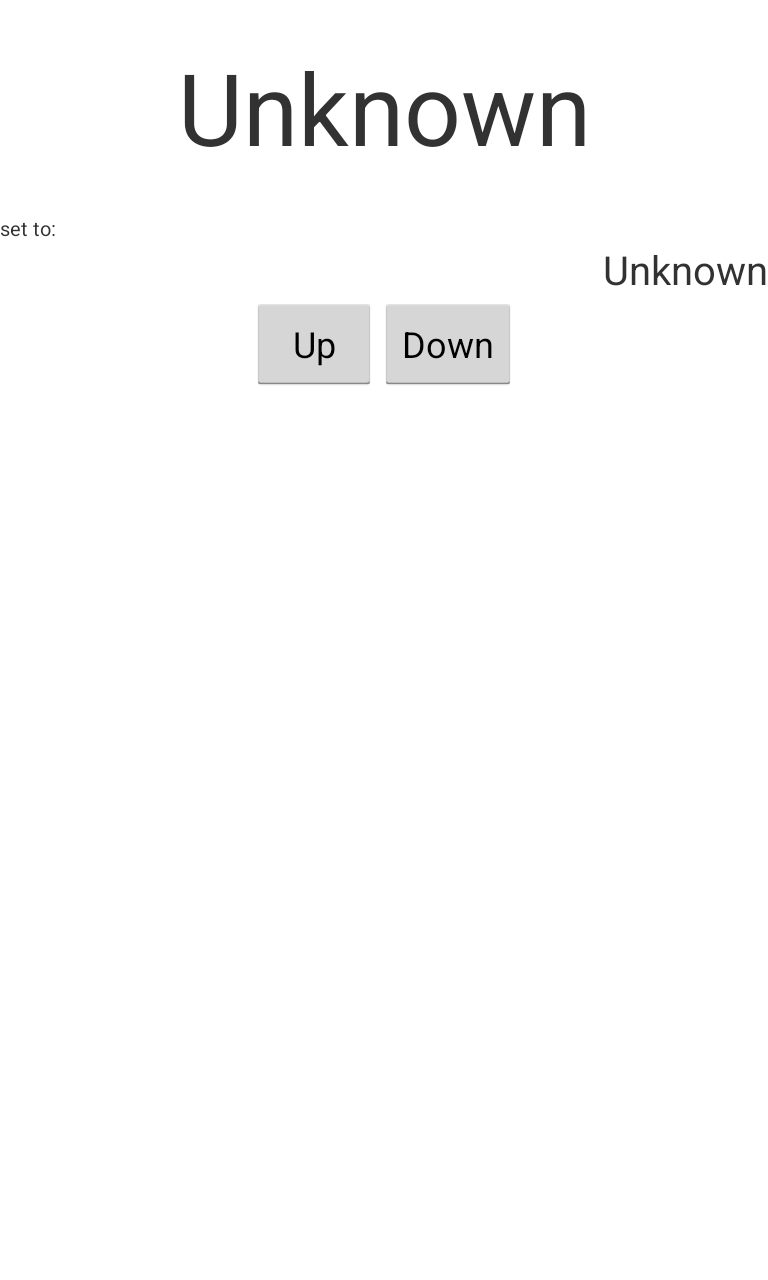
Repository: finerrecliner/SmartVent
Layout: SmartVent/res/layout/activity_room.xml
An editor plug-in stored every save of this project. The layout is shown before and after the next save, followed by the edit.
It is drawn on a 768 x 1280 px phone screen (xhdpi) without system bars, with theme AppTheme; the app's code is not run.

Above is the layout before, as saved 2013-11-03 16:34:34.

After the next save:
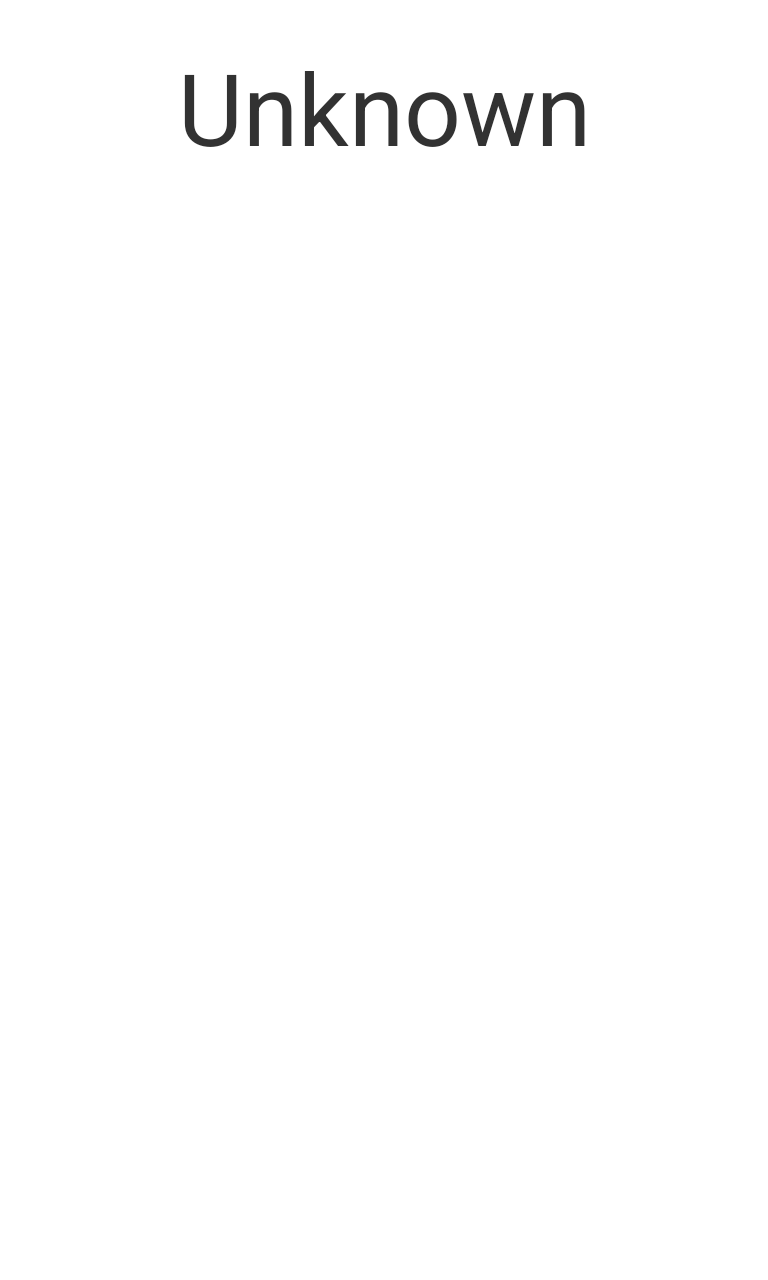
Saved 19 s later.
--- a/SmartVent/res/layout/activity_room.xml
+++ b/SmartVent/res/layout/activity_room.xml
@@ -6,10 +6,6 @@
     android:orientation="vertical"
     tools:context=".RoomActivity" >
 
-    <LinearLayout
-        android:id="@+id/current_temp_row"
-        android:layout_width="match_parent"
-        android:layout_height="wrap_content" >
 
         <TextView
             android:id="@+id/current_temp_val"

After the save that followed:
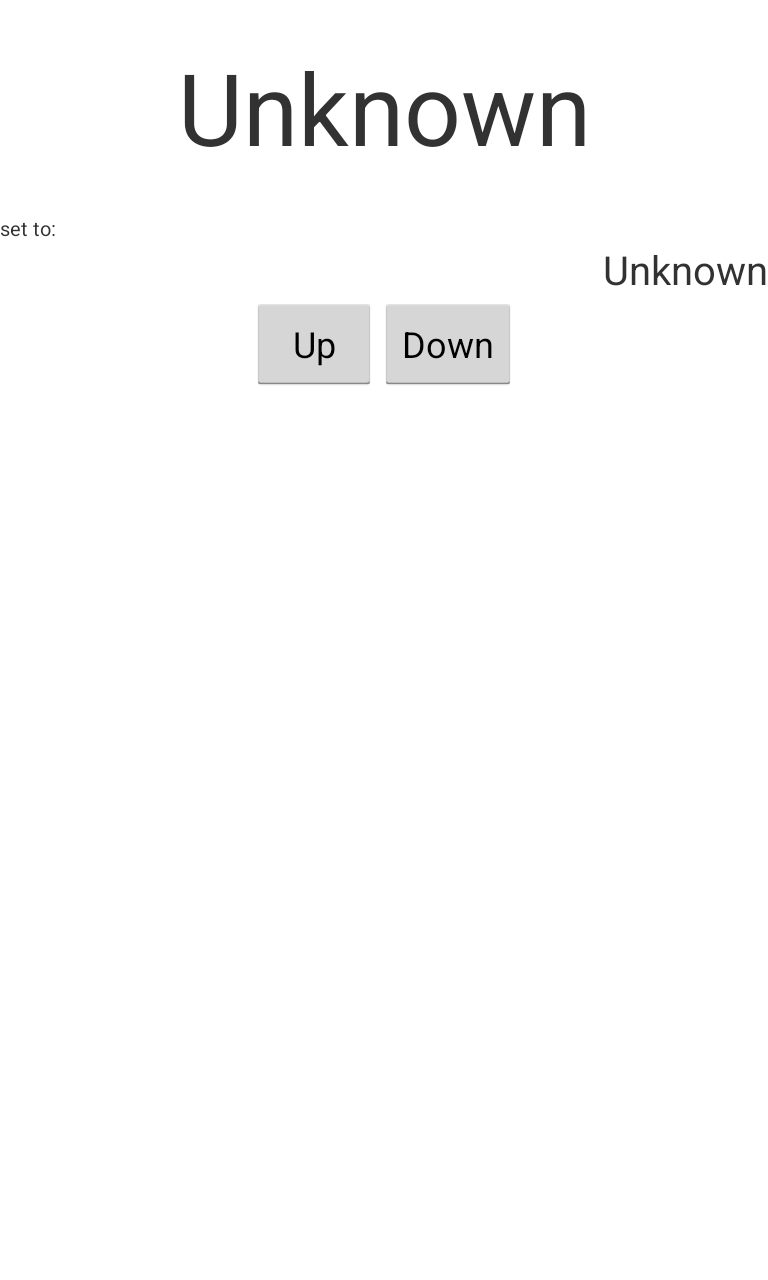
Saved 19 s later.
--- a/SmartVent/res/layout/activity_room.xml
+++ b/SmartVent/res/layout/activity_room.xml
@@ -6,20 +6,17 @@
     android:orientation="vertical"
     tools:context=".RoomActivity" >
 
+    <TextView
+        android:id="@+id/current_temp_val"
+        android:layout_width="fill_parent"
+        android:layout_height="wrap_content"
+        android:gravity="center"
+        android:paddingBottom="20dp"
+        android:paddingTop="20dp"
+        android:text="@string/unknown"
+        android:textSize="50sp" />
 
-        <TextView
-            android:id="@+id/current_temp_val"
-            android:layout_width="fill_parent"
-            android:layout_height="wrap_content"
-            android:gravity="center"
-            android:textSize="50sp"
-            android:paddingTop="20dp"
-            android:paddingBottom="20dp"
-            android:text="@string/unknown" />
-
-    </LinearLayout>
-
-    <TextView
+	<TextView
         android:id="@+id/set_temp_label"
         android:layout_width="wrap_content"
         android:layout_height="wrap_content"
